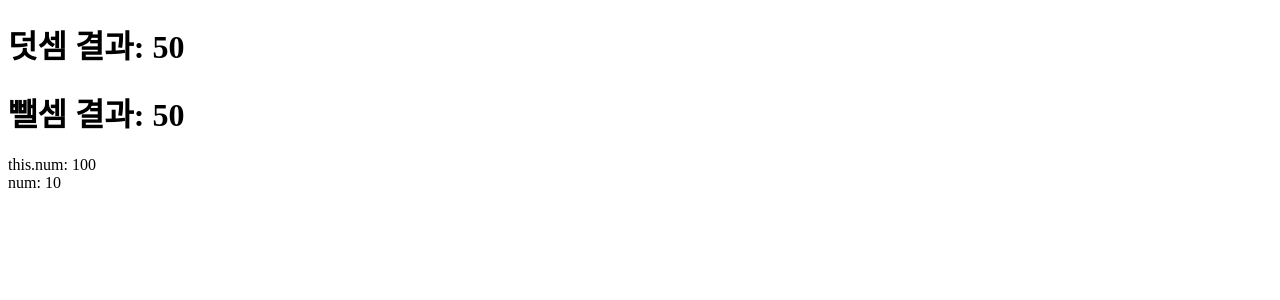
Repository: dongkeyyyy/java
Page: http://localhost/control0318/scriptTest.jsp
An editor plug-in stored every save of this project. The page is shown before and after the next save, followed by the edit.
The browser window is 1280 px wide. The pictures show the whole page.
The page is served by Tomcat 9.

Above is the page before, as saved 2021-03-18 00:44:18.

After the next save:
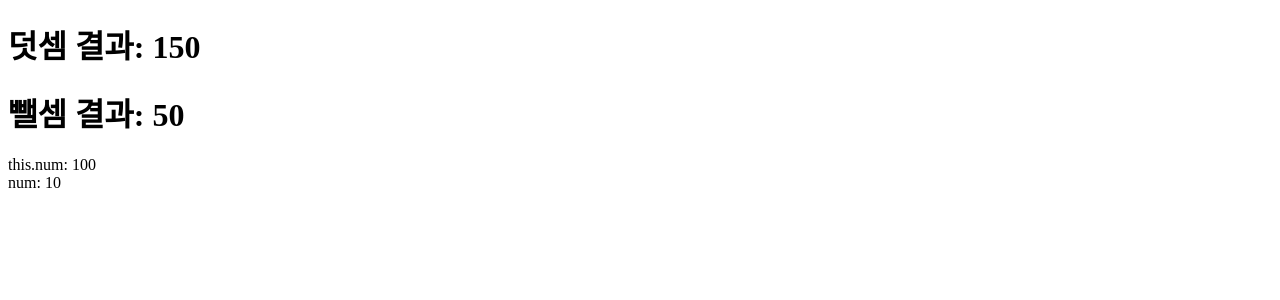
Saved 11 min 17 s later.
--- a/0318~0319/Java/control0318/WebContent/scriptTest.jsp
+++ b/0318~0319/Java/control0318/WebContent/scriptTest.jsp
@@ -5,7 +5,7 @@
    int num = 100;
 
    public int sum(int n1, int n2) {
-      return n1 - n2;
+      return n1 + n2;
    }
 
    public int sub(int n1, int n2) {
